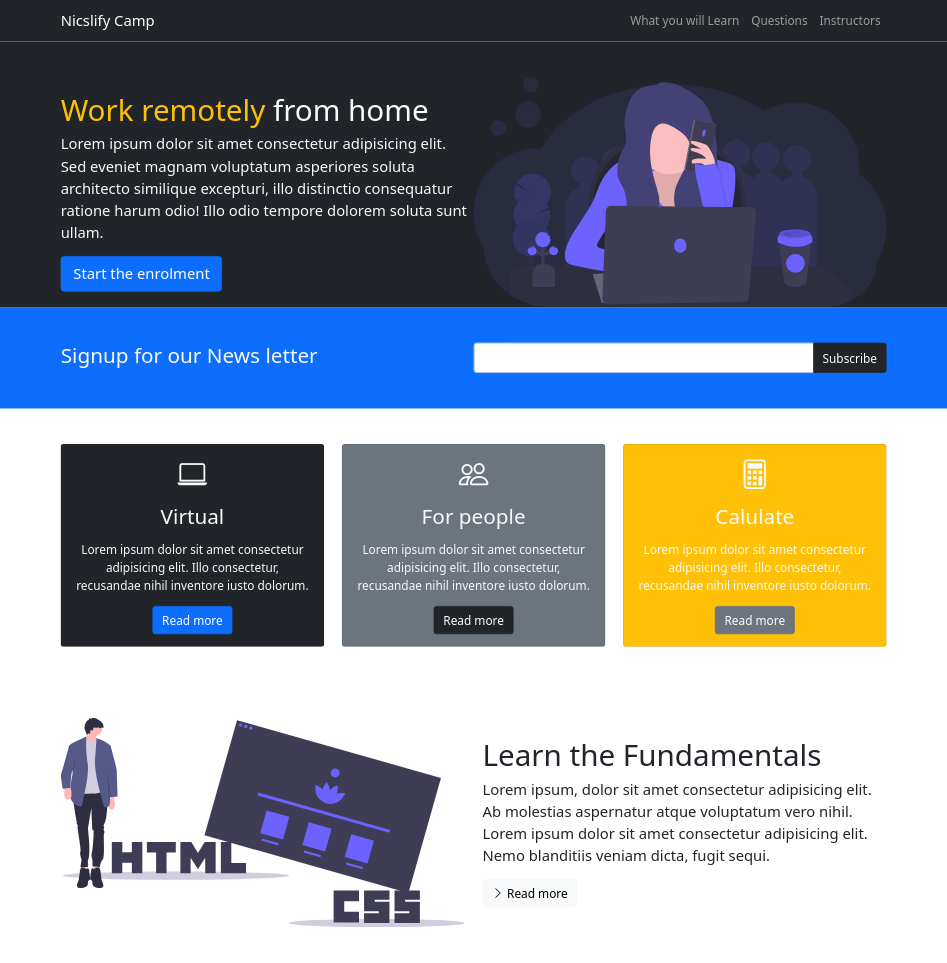
Repository: Eugene44-hub/enrollment-site
Page: index.html
An editor plug-in stored every save of this project. The page is shown before and after the next save, followed by the edit.
The browser window is 1280 px wide. The pictures show the whole page, at 74% of full size.
Some web libraries are served in a nearby version.

Above is the page before, as saved 2021-10-20 12:20:47.

After the next save:
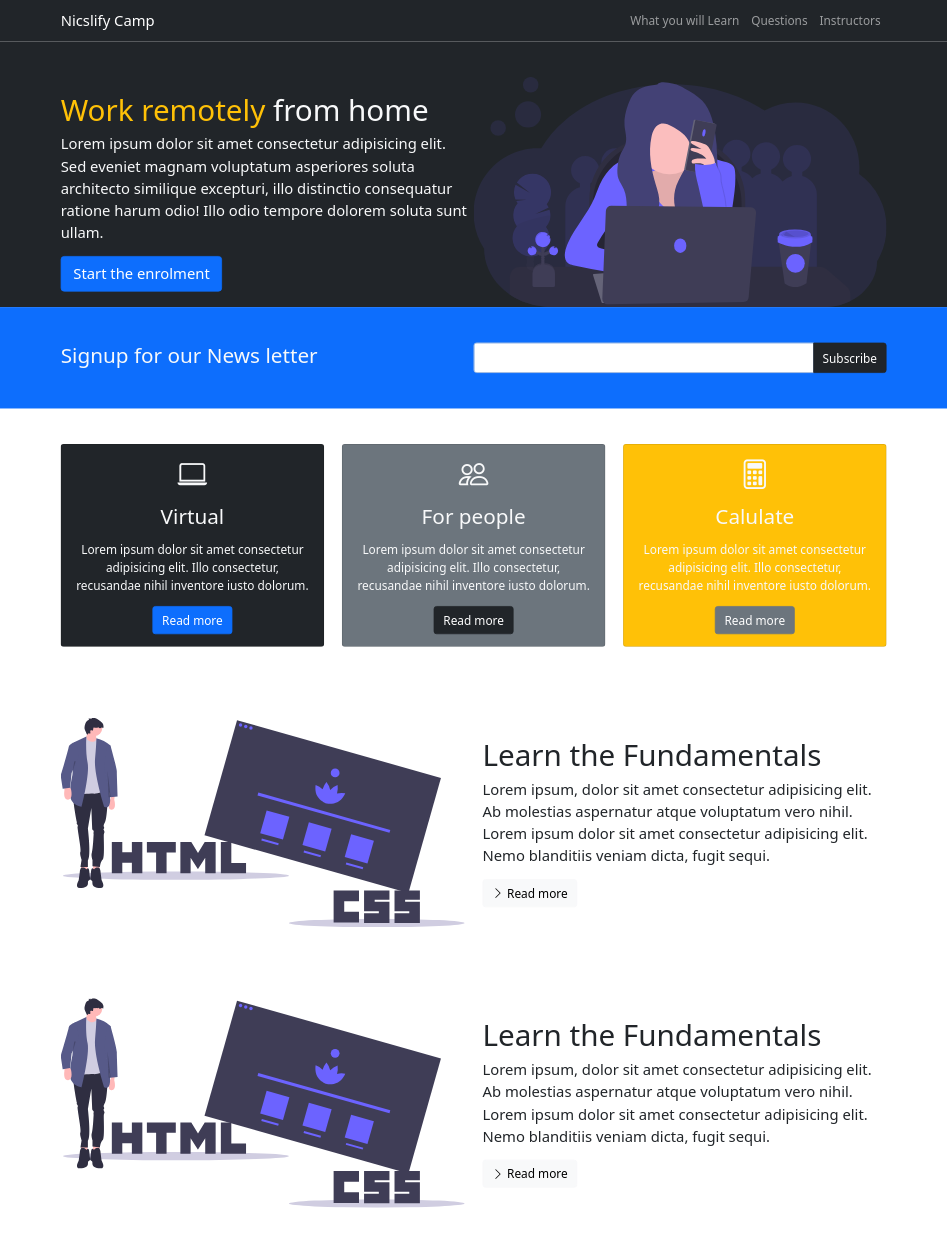
Saved 68 s later.
--- a/index.html
+++ b/index.html
@@ -137,6 +137,27 @@
             </div>
         </div>
     </section>
+
+    <section class="p-5" id=learn>
+        <div class="container">
+            <div class="row align-items-center">
+
+                <div class="col-md m-auto">
+                    <img src=" frontend.svg " class="img-fluid">
+                </div>
+
+
+
+                <div class="col-md mt-5 mt-md-0 ">
+                    <h1>Learn the Fundamentals</h1>
+                    <p class="lead ">
+                        Lorem ipsum, dolor sit amet consectetur adipisicing elit. Ab molestias aspernatur atque voluptatum vero nihil. <br> Lorem ipsum dolor sit amet consectetur adipisicing elit. Nemo blanditiis veniam dicta, fugit sequi.
+                    </p>
+                    <a href=# class="btn btn-light"><i class="bi bi-chevron-right"></i> Read more</a>
+                </div>
+            </div>
+        </div>
+    </section>
     <!-- learn section ends -->
 
 
